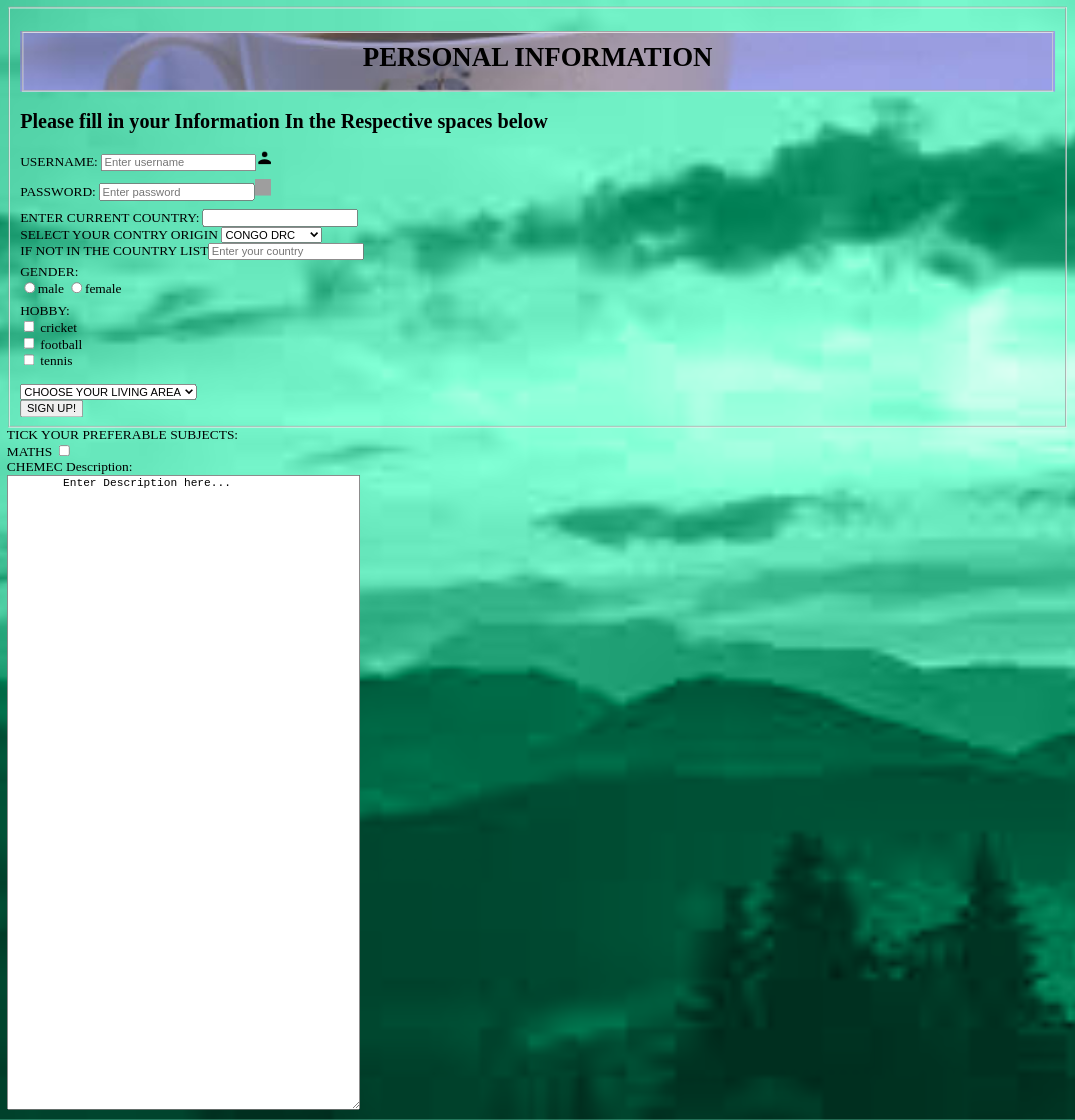
Repository: mirambialex/myform
Page: website/INDEX.HTML
An editor plug-in stored every save of this project. The page is shown before and after a run of saves, followed by the edit.
The browser window is 1280 px wide. The pictures show the whole page, at 84% of full size.
Pictures or frames that could not be fetched are drawn as grey boxes.

Above is the page before, as saved 2024-04-17 11:28:21.

### website/INDEX.HTML
<!DOCTYPE html>
<html lang="en">
<head>

    <title>WEBPAGE DESIGN</title>
    <LINK REL="STYLESHEET" HREF="STYLE.CSS">
</head>
<body>
   <FOrm> <FIEldset>
            <DIV class="AI">
                <h1><FIEldset>PERSONAL INFORMATION </FIEldset></h1>
</DIV>
<DIV CLASS="BI"> <H2>
    Please fill in your Information In the Respective spaces below
</H2>
</DIV>
<div class="gb">
 <DIV class="MAIN">USERNAME: <INPUT TYPE="TEXT" placeholder="Enter username"><img width="20" height="20" src="user.jpg"<br/>

 </DIV>
 <DIV class="A"> PASSWORD: <INPUT TYPE="PASSWORD" placeholder="Enter password"><img width="20" height="20" src="https://img.icons8.com/ios-filled/50/lock.png" alt="lock"/> <br/></DIV>
    <DIV class="AB">
        ENTER CURRENT COUNTRY: <INPUT type="text"></INPUT>
    </DIV>
    <DIV CLASS="B">
        SELECT YOUR CONTRY ORIGIN <SELect>
            <OPTIon>CONGO DRC</OPTIon>
            <OPTIon>KENYA</OPTIon>
            <OPTIon>SUDAN</OPTIon>
            <OPTIon>SOUTH SUDAN</OPTIon>
            <OPTIon>RWANDA</OPTIon>
            <OPTIon>BURUNDI</OPTIon>
            <OPTIon>UGANDA</OPTIon>
            <OPTIon>TANZANIA</OPTIon>
            <OPTIon>SOMALIA</OPTIon>

        </SELect> <br/>
    </DIV>
    <div class="wcb">
    IF NOT IN THE COUNTRY LIST<INPUt type="TEXT" placeholder="Enter your country"</INPUt>
    </div>
<div class="d">
<LAbe for="GENDER">GENDER: </LAbel><BR/>
<INPUT type="radio" ID="GENDER" name="GENDER" VALUE="male"/>male
<INPUT type="radio" ID="GENDER" name="GENDER" VALUE="female"/>female <br/>
</div>
<div class="e">
HOBBY:<br>
<input type="checkbox" id="cricket" name="cricket" value="cricket"/>
<label for="cricket">cricket</label> <br>
<input type="checkbox" id="football" name="football" value="football"/>
<label for="football">football</label> <br>
<input type="checkbox" id="tennis" name="tennis" value="tennis"/>
<label for="tennis">tennis</label> <br>
<br/> </div>
<div class="address">
    <select name="address">
        <option value="one">CHOOSE YOUR LIVING AREA</option>
        <option>kakuma town</option>
        <option>kakuma 1</option>
        <option>kakuma 2</option>
        <option>kakuma 3</option>
        <option>kakuma 4</option>
        <option>kalobeyeyi</option>
    </select>
</div>
<DIV class="C"><BUTTon>SIGN UP!</BUTTon></DIV>
</FIEldset>
</div>
</div>
</DIV>
</FORM>
<FORM>
    TICK YOUR PREFERABLE SUBJECTS: <BR/>
    MATHS <input TYPE="checkbox" NAME="MATHS" VALUE="ON"><BR/>
    CHEMEC
    Description: <br/>
    <textarea name="Description" cols="50" rows="50">
        Enter Description here...
    </textarea>
</FORM>
 </body>
</html>

### website/STYLE.CSS
BODY{
    background-image: url(IMAGE.JPG);
    background-color: aquamarine;
    background-position: center;
    background-size: cover;
    background-repeat: no-repeat;
    background-blend-mode: luminosity;
}
H1{
    text-align: center;
}
.O{
    background-color: aliceblue;
    background-image: url(ALEX.PNG.JPG);
}
.MAIN{
    margin-bottom: 0.8%;
    background-color:
}
.A{
    margin-bottom: 0.8%;
}
.c{
    margin-bottom: 1.5%;
    color: blueviolet;
    text-decoration: aqua;
}
.d{
    margin-top: 0.4%;

}
.e{
    margin-top: 0.6%;
}
.AI{
    background-image: url(ALEX.JPG);
    background-repeat: no-repeat;
    background-position: center;
    background-size: cover;
}
.gb{
    display: block;

}
: :-ms-input-placeholder{
    color:red;
}
.address{

}

After the next 6 saves:
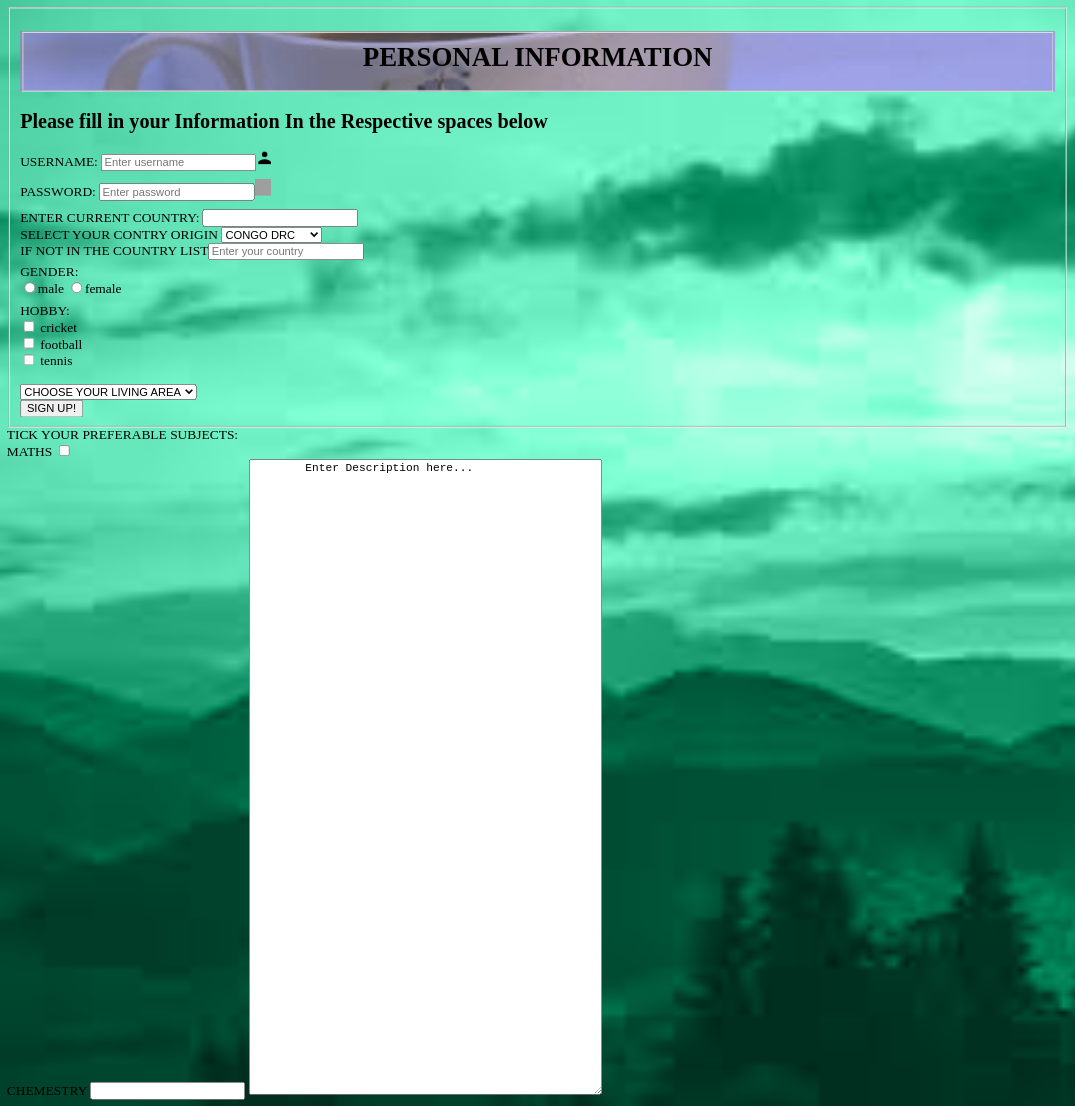
The 6 saves are shown as one change because they came seconds apart.
The last was saved 13 s later.
--- a/website/INDEX.HTML
+++ b/website/INDEX.HTML
@@ -73,7 +73,7 @@ HOBBY:<br>
 <FORM>
     TICK YOUR PREFERABLE SUBJECTS: <BR/>
     MATHS <input TYPE="checkbox" NAME="MATHS" VALUE="ON"><BR/>
-    CHEMEC
+    CHEMESTRY <INPUT type=""
     Description: <br/>
     <textarea name="Description" cols="50" rows="50">
         Enter Description here...
